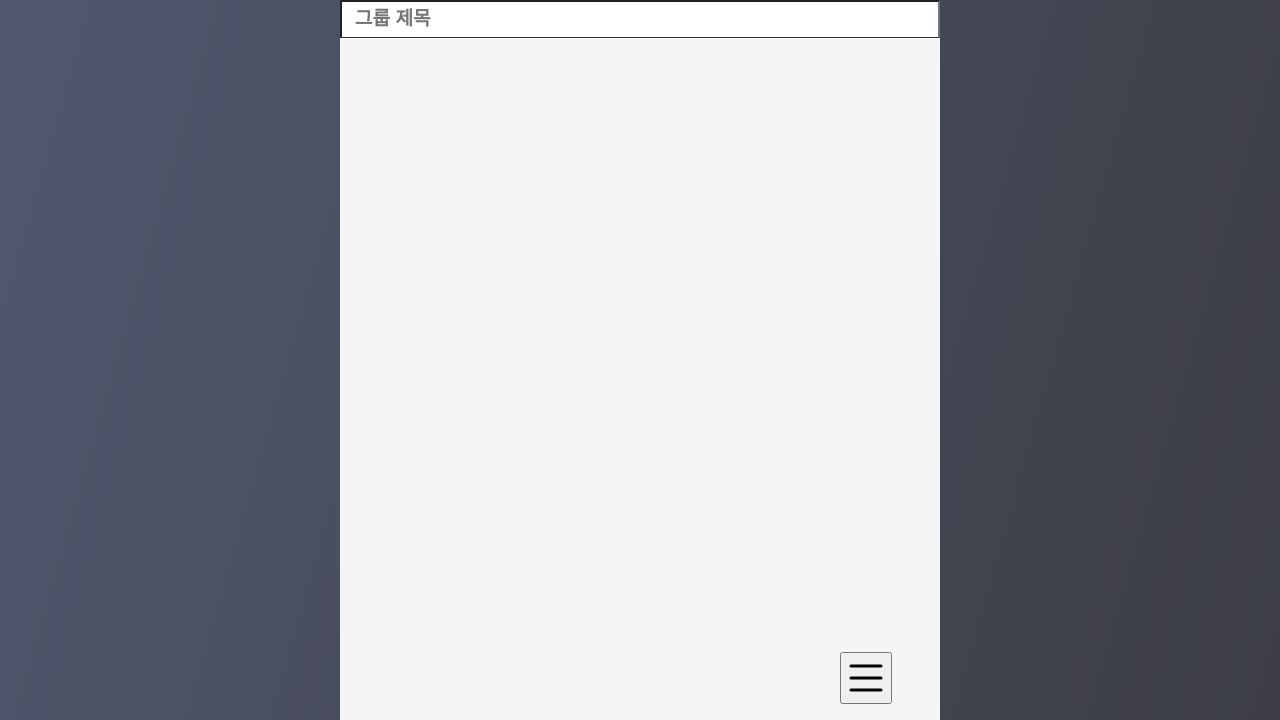
Repository: SeungYn/hanium
Page: /searchGroup
An editor plug-in stored every save of this project. The page is shown before and after a run of saves, followed by the edit.
The browser window is 1280 px wide. The pictures show the whole page.
The page's requests for data from a server got no answer. The project was rebuilt for these pictures with package versions that can differ from the ones it lists, and the page was loaded fresh each time. No one was signed in, and anything a server would have sent is missing. Also part of the build but not shown: src/App.css, src/components/Trade/TradeMaker/TradeMaker.module.css, src/components/Trade/TradeMaker/TradeMaker.jsx, src/components/Chat/ChatHeader/ChatHeader.module.css, src/components/Chat/ChatHeader/ChatHeader.jsx, src/components/Chat/ChatPeoples/ChatPeoples.jsx, src/components/Chat/ChatSideBar/ChatSideBar.module.css, src/components/Chat/ChatSideBar/ChatSideBar.jsx and 35 more.

Above is the page before, as saved 2022-11-21 12:46:57.

After the next 2 saves:
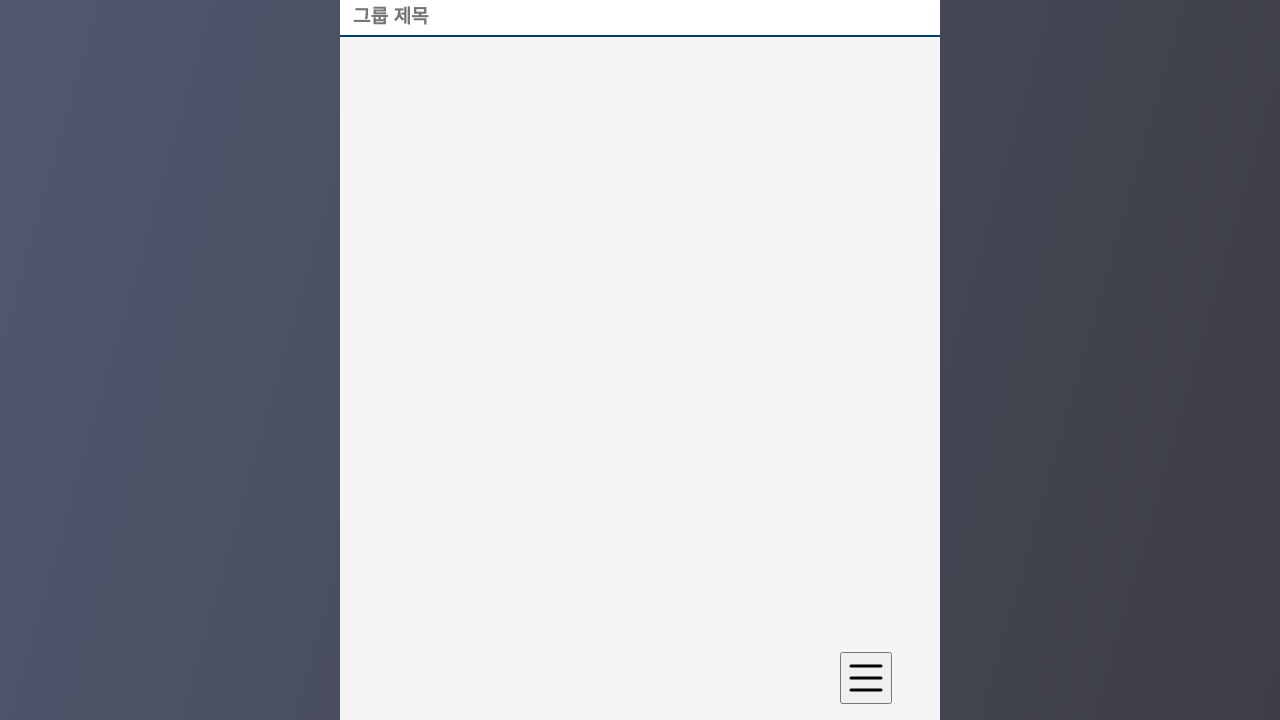
The 2 saves are shown as one change because they came seconds apart.
The last was saved 11 s later.
--- a/src/pages/GroupSearchPage/GroupSearchPage.module.css
+++ b/src/pages/GroupSearchPage/GroupSearchPage.module.css
@@ -12,6 +12,7 @@
   width: 100%;
   font-size: 1.2rem;
   font-weight: bold;
-  border-bottom: 1px solid var(--color-darkBlue);
+  border: none;
+  border-bottom: 2px solid var(--color-darkBlue);
   padding: 0.4rem 0.8rem;
 }
